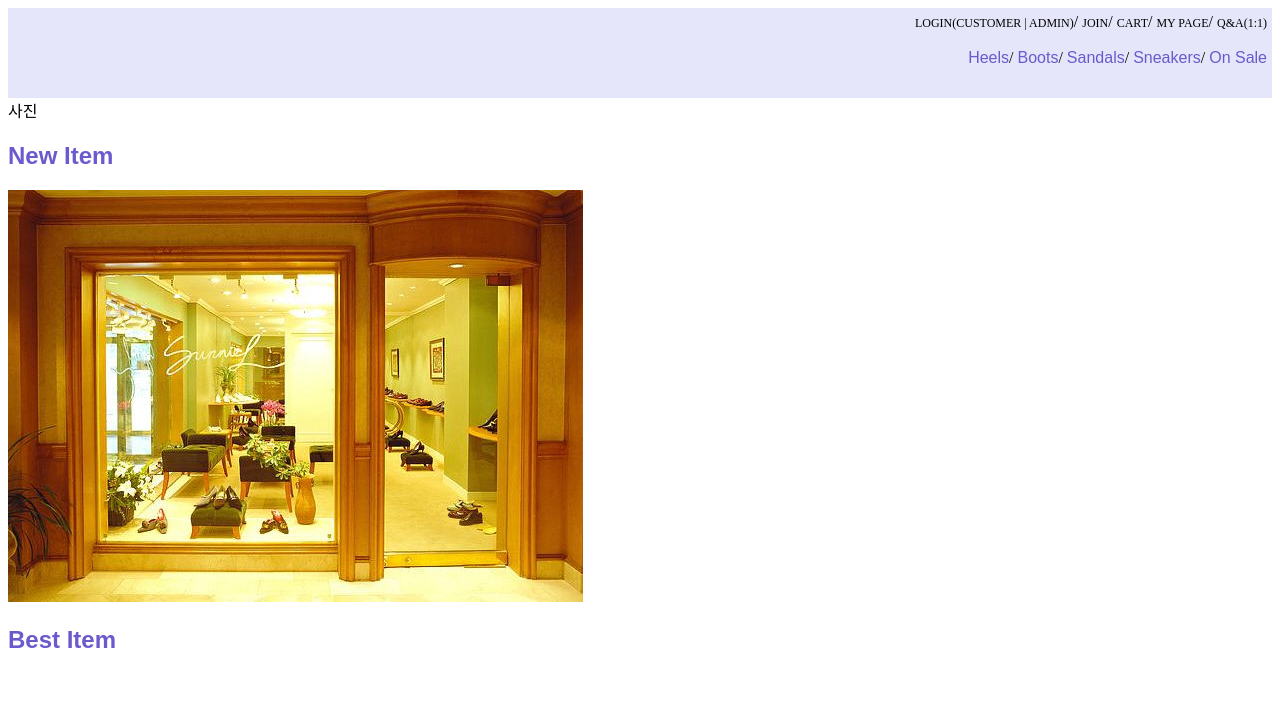
Repository: taeeun2/java_web
Page: http://localhost/webapp/Shopingmall/member/index.jsp
An editor plug-in stored every save of this project. The page is shown before and after the next save, followed by the edit.
The browser window is 1280 px wide. The pictures show the whole page.
Some web fonts or font styles are not loaded; a fallback is used. The page is served by Tomcat 9. Other server files are loaded and not shown.

Above is the page before, as saved 2021-09-30 07:59:57.

### webapp/WebContent/Shopingmall/member/index.jsp
<%@ page language="java" contentType="text/html; charset=EUC-KR"
    pageEncoding="EUC-KR"%>
        <%@ taglib uri = "http://java.sun.com/jsp/jstl/core" prefix = "c" %>
<!DOCTYPE html>
<html>
<head>
<meta charset="EUC-KR">
<title>Insert title here</title>
<style>
	h2{
	color : slateblue;
	font-family: 'Black Han Sans', sans-serif;
	}
</style>
</head>
<body>
<jsp:include page="../include/Header.jsp"/>
<div>
	사진
</div>
<div>
<h2>New Item</h2>
<!-- <form id = "join" action = "NonageServlet?command=join" method="post"name="formm"> -->
	<c:set var = "newProductList" value = "${requestScope.newProductList}"></c:set>
			<table>
			<c:forEach var = "newProduct"  items =  "${newProductList}">
				<tr>
				<td>${newProduct.name}</td>
				<td>${newProduct.price2}</td>
				<td><img src = "../product_images/${newProduct.image}"></td>
			</c:forEach>
			</table>

			<img src = "../product_images/w-00.jpg">

</div>
<div>
<h2>Best Item</h2>

	<c:set var = "bestProductList" value = "${requestScope.bestProductList}"></c:set>
			<table>
			<c:forEach var = "bestProduct"  items = "${bestProductList}">
				<tr>
				<td>${bestProduct.name}</td>
				<td>${bestProduct.price2}</td>
				<td>${bestProduct.image}</td>
			</c:forEach>
			</table>

</div>
</body>
</html>

### webapp/WebContent/Shopingmall/include/Header.jsp
<%@ page language="java" contentType="text/html; charset=EUC-KR"
    pageEncoding="EUC-KR"%>
<!DOCTYPE html>
<html>
<head>
<link rel="preconnect" href="https://fonts.googleapis.com">
<link rel="preconnect" href="https://fonts.gstatic.com" crossorigin>
<link href="https://fonts.googleapis.com/css2?family=Yeon+Sung&display=swap" rel="stylesheet">

<link rel="preconnect" href="https://fonts.googleapis.com">
<link rel="preconnect" href="https://fonts.gstatic.com" crossorigin>
<link href="https://fonts.googleapis.com/css2?family=Black+Han+Sans&display=swap" rel="stylesheet">
<meta charset="EUC-KR">
<title>Insert title here</title>
<style>
	*{
	text-decoration: none;
	}
	.a1{
		color : black;
		font-size : 12px;
		font-family: 'Yeon Sung', cursive;
	}

	.a2{
		color : slateblue;
		font-family: 'Black Han Sans', sans-serif;
	}
</style>


</head>
<%-- session 추가하기 --%>
<body>
<div style="background-color:lavender;
 height:80px; padding : 5px;">
	<%--	if(userinfo!=null && userinfo.getId() !=null){--%>
	<%--	<span style="float:right;"><%--오른쪽 정렬--%>
	<%-- 	<%=userinfo.getName() %>--%>
		<span style="float:right;"><%--오른쪽 정렬--%>
		<a class = "a1" href = "#" >LOGIN(CUSTOMER | ADMIN)</a>/
		<a class = "a1" href = "#" >JOIN</a>/
		<a class = "a1" href = "#" >CART</a>/
		<a class = "a1" href = "#" >MY PAGE</a>/
		<a class = "a1" href = "#" >Q&A(1:1)</a>
	<%--} else{
			response.sendRedirect("/webapp/auth/LogInForm.jsp");

	--%><br><br>
		<span style="float:right;"><%--오른쪽 정렬--%>
		<a class = "a2" href = "#" >Heels</a>/
		<a class = "a2" href = "#" >Boots</a>/
		<a class = "a2" href = "#" >Sandals</a>/
		<a class = "a2" href = "#" >Sneakers</a>/
		<a class = "a2" href = "#" >On Sale</a>

	<%--<% } --%>
</div>
</body>
</html>

After the next save:
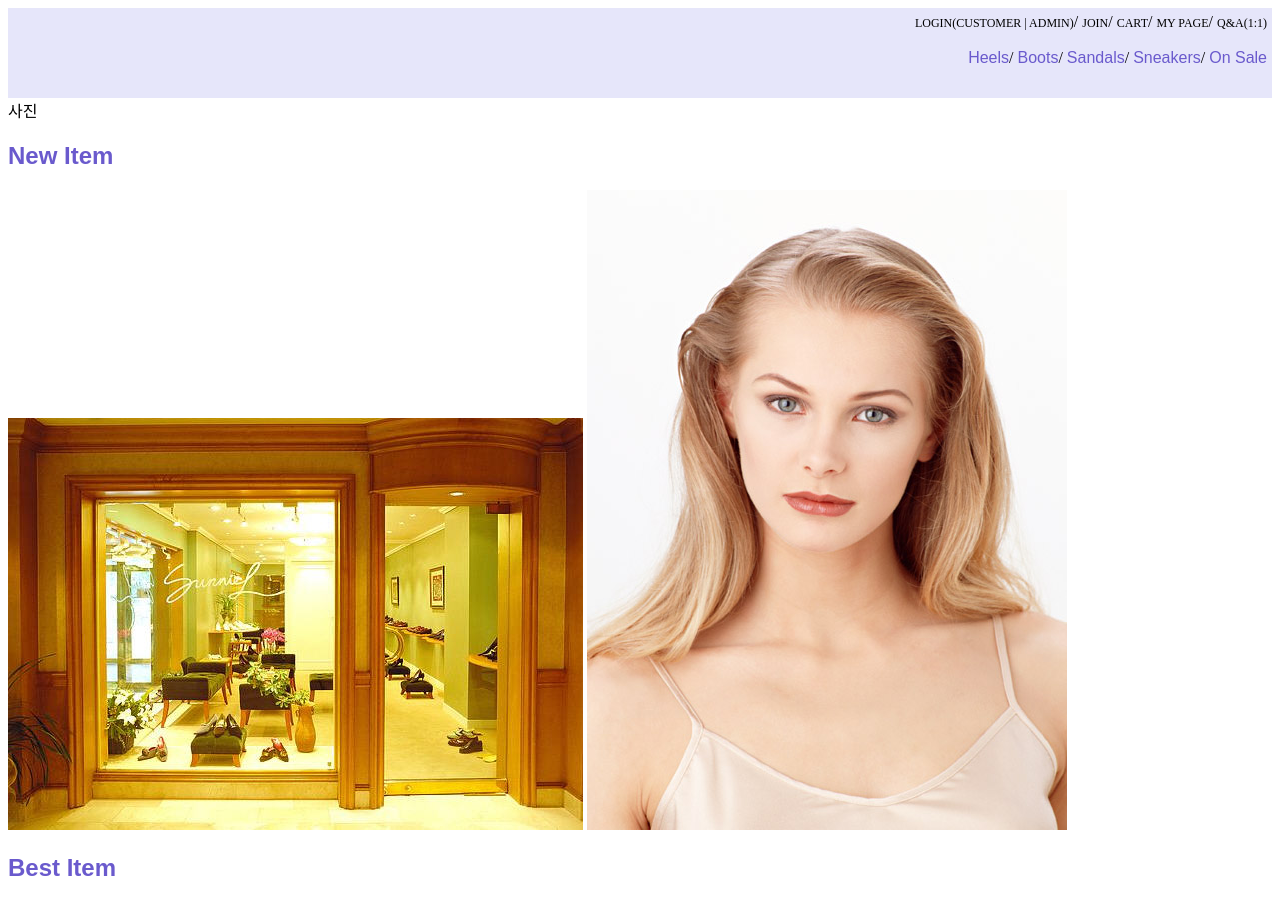
Saved 90 s later.
--- a/webapp/WebContent/Shopingmall/member/index.jsp
+++ b/webapp/WebContent/Shopingmall/member/index.jsp
@@ -32,7 +32,7 @@
 			</table>
 
 			<img src = "../product_images/w-00.jpg">
-
+			<img src = "../images/model.jpg">
 </div>
 <div>
 <h2>Best Item</h2>
